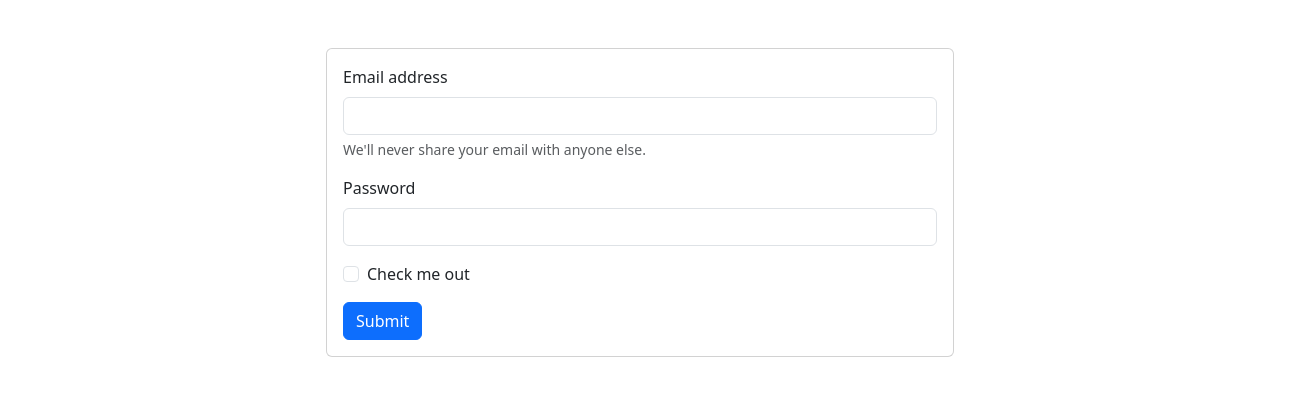
Repository: rahulgaba1987/MiniProject2
Page: http://localhost/login
An editor plug-in stored every save of this project. The page is shown before and after the next save, followed by the edit.
The browser window is 1280 px wide. The page is 1292 px wide, so the pictures cover 1292 px, including what lies to the right of the window. The pictures show the whole page.
The page is this project's Thymeleaf template; nobody is signed in. The template is opened directly, without the code that normally fills it, so the values that code supplies are empty.

Above is the page before, as saved 2023-04-19 07:00:30.

After the next save:
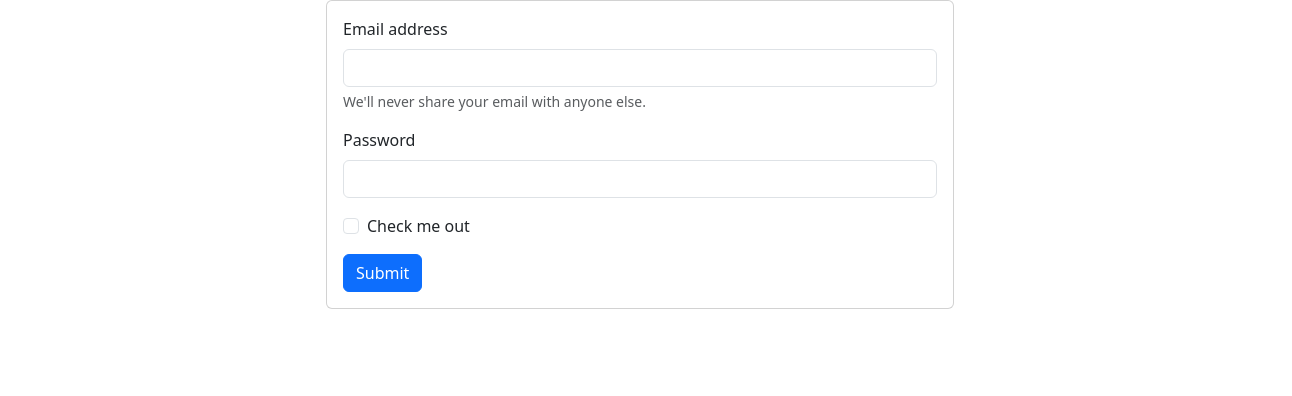
Saved 10 s later.
--- a/02_MiniProject/src/main/resources/templates/login.html
+++ b/02_MiniProject/src/main/resources/templates/login.html
@@ -14,7 +14,7 @@
 
     <div class="row">
          <div class="col-md-6 offset-3">
-             <div class="card mt-5">
+             <div class="card mt-10">
 		<div class="card-body">
 
 

After the 2 saves that followed:
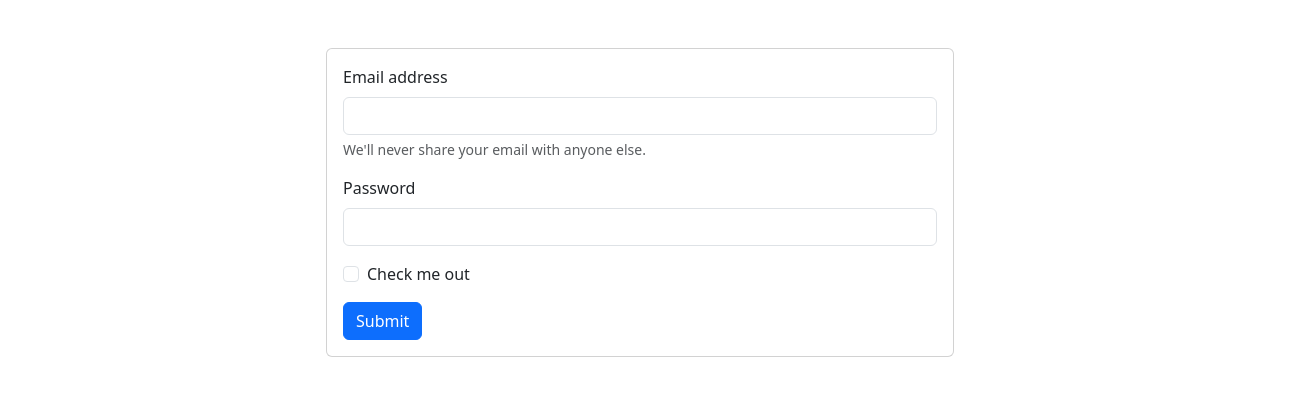
The 2 saves are shown as one change because 1 left the picture as it was.
The last was saved 25 s later.
--- a/02_MiniProject/src/main/resources/templates/login.html
+++ b/02_MiniProject/src/main/resources/templates/login.html
@@ -14,7 +14,7 @@
 
     <div class="row">
          <div class="col-md-6 offset-3">
-             <div class="card mt-10">
+             <div class="card mt-5">
 		<div class="card-body">
 
 
